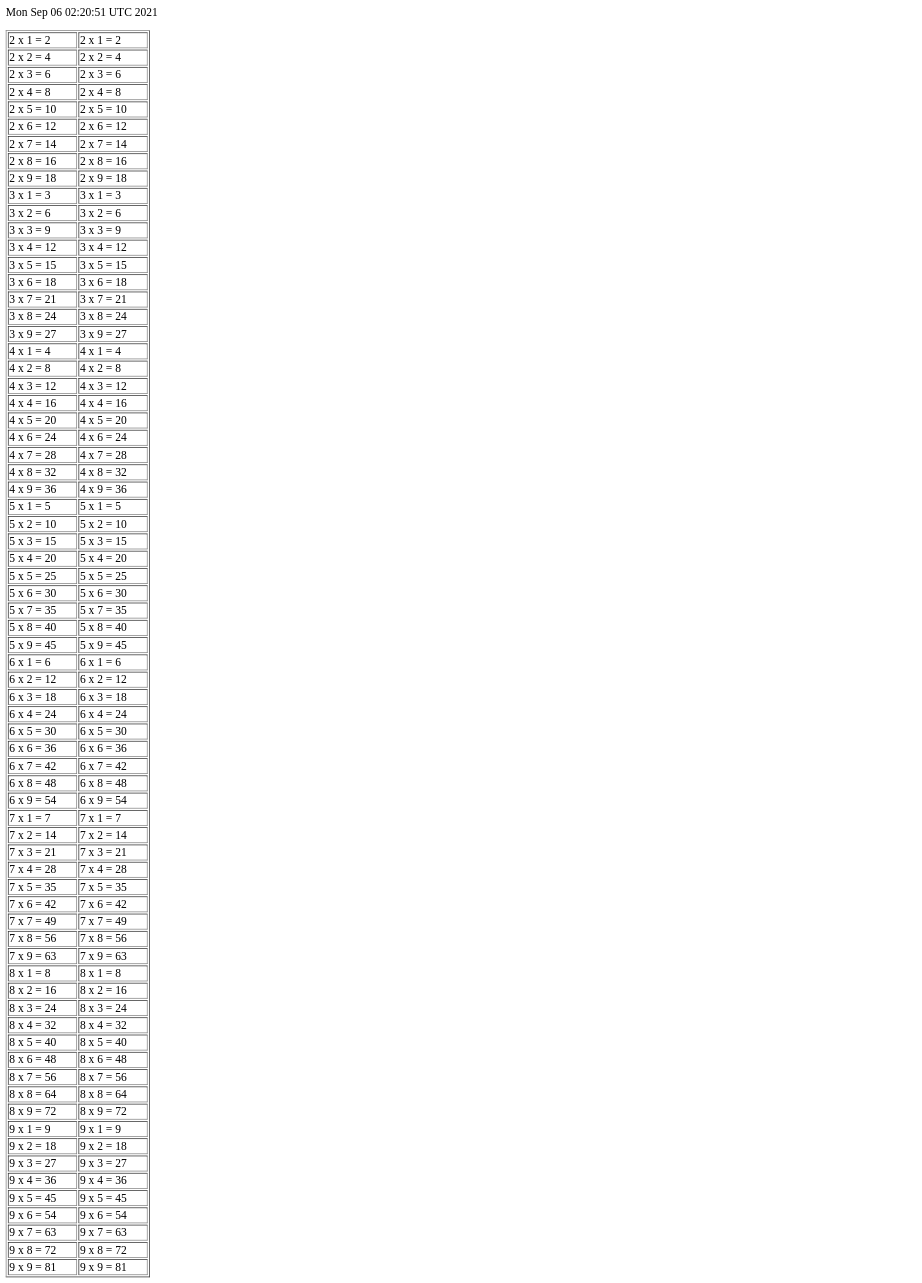
Repository: soobin10236/Class
Page: http://localhost/Web10/
These files come from the project's save history. The page is drawn as it stood at one moment and after the next save; the edit follows.
The browser window is 1280 px wide. The pictures show the whole page, at 72% of full size.
The page is served by Tomcat 9. Other server files are loaded and not shown.

Above is the page before, as saved 2021-09-08 02:57:05.

### Web10/src/main/webapp/index.jsp

<%@page import="java.util.Date"%>
<%@ page language="java" contentType="text/html; charset=EUC-KR"
	pageEncoding="EUC-KR"%>
<!DOCTYPE html>
<html>
<head>
<meta charset="EUC-KR">
<title>Insert title here</title>
</head>

<body>
	<%--

	<!-- ex) -->

	<% Date date = new Date(); %>
	<%= date %><br/>

	--%>

	<!-- ex9) 구구단 -->

	<% Date date = new Date(); %>
	<%= date %><p>
	<table border="1" width="200">
	<%
	int sum = 0;
	for(int i=1;i<=8;i++){
		for(int j=1;j<=9;j++){
	%>
		<tr>
			<td><%=i+1%> x <%=j %> = <%= (i+1)*j %></td>
			<td><%=i+1%> x <%=j %> = <%= (i+1)*j %></td>

		</tr>
	<%
		}%>
	<%} %>
	</table>
	<%-- <!-- ex8) html tag-->
	<% Date date = new Date(); %>
	<%= date %><br/>
	<button>호랑이</button>
	<hr/>
	<button>호랑이</button><p>
	<input type="text" value="초기값"/><br/>
	<input type="submit" value="submit"/><br/>
	<p>
	<select name ="color">
		<option value="red" selected>Red</option>
		<option value="blue">Blue</option>
		<option value="green">Green</option>
	</select> --%>

	<%-- <!-- ex7) JSP for문-->
	<body bgcolor = <%="green" %>>
	<% Date date = new Date(); %>
	<%= date %>

	<%
		String[] name = {"호랑이","독수리","원숭이","코끼리"};
	%>

	<table border="1" width="200">
	<%for(int i = 0; i < name.length; i++){ %>
		<tr>
			<%
				int temp = i * 10;
			%>
			<td><%=temp %></td>
			<td><%=name[i] %></td>
		</tr>
	<%} %>
	</table> --%>

	<%-- <!-- ex6) 테이블 출력 -->
	<% Date date = new Date(); %>
	<%= date %>
	<table border="1" width="200">
		<tr>
			<td><%=1 %></td>
			<td><%="호랑이" %></td>
		</tr>
		<tr>
			<td><%=2 %></td>
			<td><%="코끼리" %></td>
		</tr>
		<tr>
			<td><%=3 %></td>
			<td><%="독수리" %></td>
		</tr>
	</table> --%>


	<%-- <!-- ex5) import -->
	<% //java.util.Date date = new java.util.Date(); %>

	<%//@ page import = "java.util.*" %>
	<% Date date = new Date(); %>
	<%= date %> --%>


	<%-- <!-- ex4) JSP 선언문(함수작성) -->
	<h1>호랑이</h1>
	<%!
		void f1(javax.servlet.jsp.JspWriter out){
			try{
			out.print("method call");
			} catch(Exception e){
				e.printStackTrace();
			}
		}

		int f2(){
			return 999;
		}
	%>
	<%
		f1(out);

	// 표현식에는 ; 들어가면 안됨!
	%>
	<br/>
	<%=f2() %> --%>


	<%-- <!-- ex3) JSP 표현식 -->
	<h1>호랑이</h1>
	<%
		int num = 0;
		String s = "호랑이";
	%>
	출력 1 : <%=num %><br/>
	출력 2 : <%=s %><br/>	 --%>

	<%-- <!-- ex2) JSP 출력-->
	<h1>호랑이</h1>
	<%
		int num = 0;
		String s = "호랑이";
		out.println(num + "<br/>");
		out.println(s);
	%> --%>




	<%-- <!-- ex1) JSP 기초 4가지 -->
	1번 스크립트 릿 -> 자바코드 작성
	<% %>

	2번 표현식 -> 웹페이지에 출력 용도
	<%= %>

	3번 선언문(함수 작성) -> 잘 쓰이지 않는다.
	<%! %>

	4번 주석 잡기 <%-- -->
	자바코드 안에서는 자바에서 처럼 주석 잡으면 됨 --%>

</body>

</html>

After the next save:
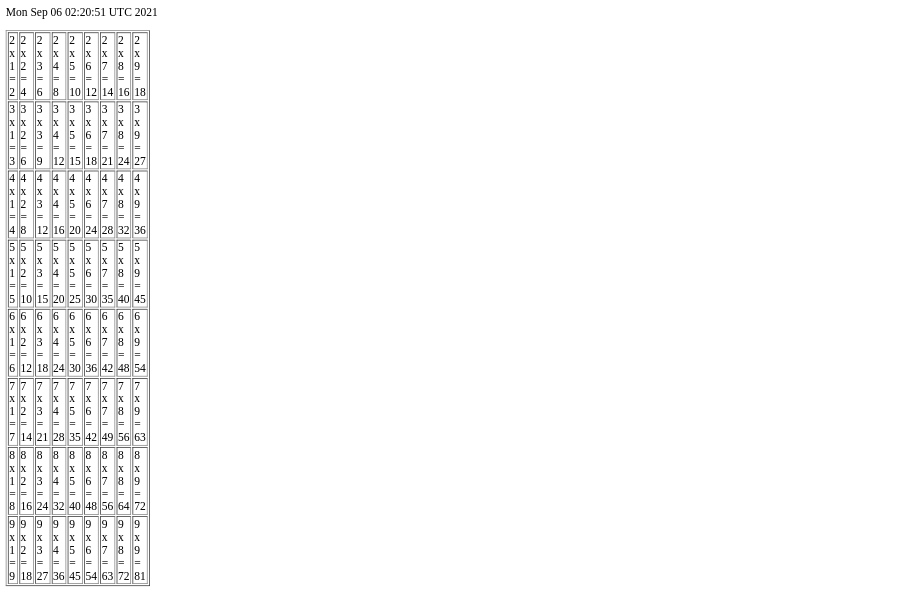
Saved 34 s later.
--- a/Web10/src/main/webapp/index.jsp
+++ b/Web10/src/main/webapp/index.jsp
@@ -27,15 +27,15 @@
 	<%
 	int sum = 0;
 	for(int i=1;i<=8;i++){
-		for(int j=1;j<=9;j++){
+
 	%>
 		<tr>
-			<td><%=i+1%> x <%=j %> = <%= (i+1)*j %></td>
+		<%for(int j=1;j<=9;j++){ %>
 			<td><%=i+1%> x <%=j %> = <%= (i+1)*j %></td>
 
+		<%
+		}%>
 		</tr>
-	<%
-		}%>
 	<%} %>
 	</table>
 	<%-- <!-- ex8) html tag-->
